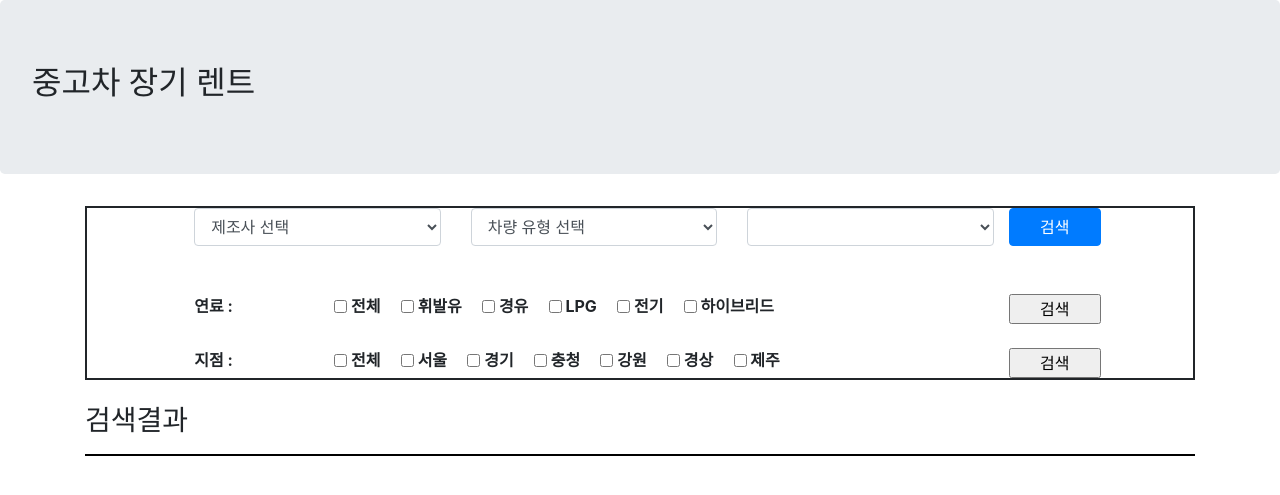
Repository: hyebinkim00/Project
Page: http://localhost/jsp/long_lent_oldcar/searchList.jsp
An editor plug-in stored every save of this project. The page is shown before and after the next save, followed by the edit.
The browser window is 1280 px wide. The pictures show the whole page.
The page is served by Tomcat 9. Other server files are loaded and not shown. Queries for data that is not in the repository find no rows.

Above is the page before, as saved 2020-09-20 14:07:24.

### jsp/WebContent/long_lent_oldcar/searchList.jsp
<%@page import="java.net.URLEncoder"%>
<%@ page language="java" contentType="text/html; charset=UTF-8"
    pageEncoding="UTF-8"%>
<%@taglib prefix="c" uri="http://java.sun.com/jsp/jstl/core" %>
<%@taglib prefix="sql" uri="http://java.sun.com/jsp/jstl/sql"  %>

<%
request.setCharacterEncoding("utf-8");
String facname1 =request.getParameter("sellist1");
String cartype1 =request.getParameter("sellist2");
String carnum1 =request.getParameter("sellist3");

String checkBoxes1[] =request.getParameterValues("example1");
String chekcBoxex2[] =request.getParameterValues("example2");
%>
<!DOCTYPE html>
<html>
<head>
<meta charset="UTF-8">
  <meta name="viewport" content="width=device-width, initial-scale=1">
  <script src="https://ajax.googleapis.com/ajax/libs/jquery/3.5.1/jquery.min.js"></script>

  <script src="https://cdnjs.cloudflare.com/ajax/libs/popper.js/1.16.0/umd/popper.min.js"></script>
  <script src="https://maxcdn.bootstrapcdn.com/bootstrap/4.5.2/js/bootstrap.min.js"></script>
  <link rel="stylesheet" href="../resources/css/bootstrap.min.css" />

<title>중고차 장기 검색</title>

<script>
function subtest(){
	if(document.getElementById("sellist2").value==null){
		alert('조건선택 안했음');
	$('#sellist2').focus();}
}</script>

<script>
$(document).ready(function(){
	$("input:checkbox[name=example1]").on("click",function(){
		let cont=$("input:checkbox[name=example1]:checked").length;
		alert(cont);
		let cont5=$("input:checkbox[name=example1]:checked").val();
		alert(cont5);
		if(cont5=='전체'){$("input:checkbox[name=example1]").not(this).prop("disabled", "disabled");
		$("input:checkbox[name=example1]").not(this).prop("checked", false);

		}else {
	            $("input[name=example1]:checkbox").prop("disabled",false);
	        }
		if(cont>2){
			$(this).prop("checked", false);
			alert("2개이상 선택 불가능 ");
		}

	});

});
</script>

<script>
$(document).ready(function(){
	$("input:checkbox[name=example2]").on("click",function(){
		let cont=$("input:checkbox[name=example2]:checked").length;
		alert(cont);
		let cont5=$("input:checkbox[name=example2]:checked").val();
		alert(cont5);
		if(cont5=='전체'){$("input:checkbox[name=example2]").not(this).prop("disabled", "disabled");
		$("input:checkbox[name=example2]").not(this).prop("checked", false);

		}else {
	            $("input[name=example2]:checkbox").prop("disabled",false);
	        }



		if(cont>2){
			$(this).prop("checked", false);
			alert("2개이상 선택 불가능 ");
		}

	});

});
</script>
</head>
<body>
<script>
function goDate1(){
	let form= document.userinput;
	document.getElementById("sellist2").value=null;
	form.submit();

}
</script>

<script>
function goDate2(){
	let form= document.userinput;
	document.getElementById("sellist3").value=null;
	form.submit();

}
</script>


<script>
function chtest1(){
	document.getElementById("sellist2").value=null;
	document.getElementById("sellist2").disabled=false;

}
</script>

<script>
function chtest2(){
	document.getElementById("sellist3").value=null;
	document.getElementById("sellist3").disabled=false;

}
</script>

 <script>
 function test1(){

 let target1=document.getElementById("sellist1");

/*  alert('선택된 옵션 text 값=' + target1.options[target1.selectedIndex].text);     // 옵션 text 값 */
 alert('선택된 옵션 value 값=' + target1.options[target1.selectedIndex].value);     // 옵션 value 값

 let target2=document.getElementById("sellist2");

/*  alert('선택된 옵션 text 값=' + target2.options[target2.selectedIndex].text);     // 옵션 text 값 */
 alert('선택된 옵션 value 값=' + target2.options[target2.selectedIndex].value);     // 옵션 value 값

 let target3=document.getElementById("sellist3");

/*  alert('선택된 옵션 text 값=' + target3.options[target3.selectedIndex].text);     // 옵션 text 값 */
 alert('선택된 옵션 value 값=' + target3.options[target3.selectedIndex].value);     // 옵션 value 값


 }

 </script>


<script>
function fchk(){
	let chk_obj = document.getElementsByName("example1");
	let chk_leng = chk_obj.length;
	let checked = 0;

	for(i=0;i<chk_leng;i++){
		if(chk_obj[i].checked==true){
			checked +=1;
			alert(chk_obj[i].value);
		}
}
if(checked==0){
	alert("선택한정보가 없습니다.");
	return;
}else{
	alert(checked+"개선택");
	return;

 }
}

</script>

<script>
function fchk1(){
	let chk_obj = document.getElementsByName("example2");
	let chk_leng = chk_obj.length;
	let checked = 0;

	for(i=0;i<chk_leng;i++){
		if(chk_obj[i].checked==true){

			checked +=1;
			alert(chk_obj[i].value);
		}

}

if(checked==0){
	alert("선택한정보가 없습니다.");
	return;
}else{
	alert(checked+"개선택");
	return;

 }
}

</script>




<div class="jumbotron">
<h2>중고차 장기 렌트</h2>
  </div>



  <div class="container">

  <div class="container" style="border:solid 2px;">

 <form method="post" action="#" name="userinput">
    <div class="row" >
     <span class="col-sm-1">&nbsp;</span>
     <div class="col-sm-3">
     <sql:setDataSource var="dataSource"
			url="jdbc:oracle:thin:@localhost:1521:XE"
			driver="oracle.jdbc.driver.OracleDriver"
			user="hr" password="hr"/>

			<sql:query var="resultSet" dataSource="${dataSource}">
			select distinct facname from member
			</sql:query>

       <select  class="form-control" id="sellist1" name="sellist1" onchange="goDate1()" >
        <option>제조사 선택 </option>
        <c:forEach var="row" items="${resultSet.rows}">
        	<option value="<c:out value="${row.facname}"/>" <c:if test="${param.sellist1==row.facname}">selected</c:if>><c:out value="${row.facname}"/></option>
        </c:forEach>
      </select>
      </div>

      <sql:query var="resultSet" dataSource="${dataSource}">
			select distinct cartype from member where facname=?
			 <sql:param value="${param.sellist1}"/>
			</sql:query>

      <div class="col-sm-3">
      <select class="form-control" id="sellist2" name="sellist2" onchange="goDate2()"  >
        <option>차량 유형 선택</option>
        <option value="all" <c:if test="${param.sellist2=='all'}">selected</c:if>>전체</option>
       <c:forEach var="row" items="${resultSet.rows}">
				<option value="<c:out value="${row.cartype}"/>" <c:if test="${param.sellist2==row.cartype}">selected</c:if>><c:out value="${row.cartype}"/></option>
				</c:forEach>
      </select>
      </div>

      <div class="col-sm-3">
    <sql:query var="resultSet" dataSource="${dataSource}">
			select distinct carnum from member where facname=? and cartype=? order by carnum
			 <sql:param value="${param.sellist1}"/>
			 <sql:param value="${param.sellist2}"/>
			</sql:query>

			  <c:if test="${param.sellist2=='all'}">
      <sql:query var="resultSet" dataSource="${dataSource}">
       select distinct carnum from member where facname=? order by carnum
      <sql:param value="${param.sellist1}"/>
      </sql:query>
      </c:if>

      <select class="form-control" id="sellist3" name="sellist3" >
        <option disabled>차량 선택</option>
       <c:forEach var="row" items="${resultSet.rows}">
				<option value="<c:out value="${row.carnum}"/>" <c:if test="${param.sellist3==row.carnum}">selected</c:if>><c:out value="${row.carnum}"/></option>
				</c:forEach>
      </select>
      </div>

 <input id="tess" type="submit" class="btn btn-primary col-sm-1" value="검색" onclick="subtest()">


    </div>


  <br><br>


     <div class="row">
     <span class="col-sm-1"> &nbsp;&nbsp;&nbsp;</span>
    <span class="col-sm-1"><strong>연료 :</strong></span>

     <div class="col-sm-8">
      <span class="col-sm-1">&nbsp;&nbsp;&nbsp;</span>
     <c:if test="${not empty paramValues.example1 }">

     <c:set var="ff" value="${paramValues.example1[0]}"/>
     <c:set var="ff1" value="${paramValues.example1[1]}"/>
      </c:if>
    <div class="form-check-inline">
       <input <c:if test="${ff=='전체' or ff1=='전체'}">checked</c:if>  type="checkbox" value="전체" name="example1"><strong>&nbsp;전체&nbsp;</strong>
    </div>
    <div class="form-check-inline">
      <input <c:if test="${ff=='휘발유' or ff1=='휘발유'}">checked</c:if>   type="checkbox" value="휘발유" name="example1"><strong>&nbsp;휘발유&nbsp;</strong>
    </div>
     <div class="form-check-inline">
      <input <c:if test="${ff=='경유' or ff1=='경유'}">checked</c:if>    type="checkbox" value="경유" name="example1"><strong>&nbsp;경유&nbsp;</strong>
    </div>
     <div class="form-check-inline">
      <input <c:if test="${ff=='LPG' or ff1=='LPG'}">checked</c:if>   type="checkbox" value="LPG" name="example1"><strong>&nbsp;LPG&nbsp;</strong>
    </div>
    <div class="form-check-inline">
      <input  <c:if test="${ff=='전기' or ff1=='전기'}">checked</c:if>    type="checkbox" value="전기" name="example1"><strong>&nbsp;전기&nbsp;</strong>
    </div>
    <div class="form-check-inline">
      <input <c:if test="${ff=='하이브리드' or ff1=='하이브리드'}">checked</c:if>   type="checkbox" value="하이브리드" name="example1"><strong>&nbsp;하이브리드&nbsp;</strong>
    </div>
    <c:remove var="ff"/>
    <c:remove var="ff1"/>
    </div>



   <input type="submit" value="검색" class= "col-sm-1">
  </div>





  <br>


     <div class="row">
     <span class="col-sm-1">&nbsp;&nbsp;&nbsp;</span>
    <span class="col-sm-1"><strong>지점 :</strong></span>

    <div class="col-sm-8">
     <span class="col-sm-1">&nbsp;&nbsp;&nbsp;</span>
       <c:if test="${not empty paramValues.example2 }">

     <c:set var="dd" value="${paramValues.example2[0]}"/>
     <c:set var="dd1" value="${paramValues.example2[1]}"/>
      </c:if>
    <div class="form-check-inline">
       <input <c:if test="${dd=='전체' or dd1=='전체'}">checked</c:if> type="checkbox" value="전체" name="example2"><strong>&nbsp;전체&nbsp;</strong>
    </div>

    <div class="form-check-inline">
      <input  <c:if test="${dd=='서울' or dd1=='서울'}">checked</c:if> type="checkbox" value="서울" name="example2"><strong>&nbsp;서울&nbsp;</strong>
    </div>

     <div class="form-check-inline">
      <input  <c:if test="${dd=='경기' or dd1=='경기'}">checked</c:if> type="checkbox" value="경기" name="example2"><strong>&nbsp;경기&nbsp;</strong>
    </div>

     <div class="form-check-inline">
      <input  <c:if test="${dd=='충청' or dd1=='충청'}">checked</c:if> type="checkbox" value="충청" name="example2"><strong>&nbsp;충청&nbsp;</strong>
    </div>

    <div class="form-check-inline">
      <input <c:if test="${dd=='강원' or dd1=='강원'}">checked</c:if> type="checkbox" value="강원" name="example2"><strong>&nbsp;강원&nbsp;</strong>
    </div>

    <div class="form-check-inline">
      <input <c:if test="${dd=='경상' or dd1=='경상'}">checked</c:if> type="checkbox" value="경상" name="example2"><strong>&nbsp;경상&nbsp;</strong>
    </div>

    <div class="form-check-inline">
      <input <c:if test="${dd=='제주' or dd1=='제주'}">checked</c:if> type="checkbox" value="제주" name="example2"><strong>&nbsp;제주&nbsp;</strong>
    </div>
     <c:remove var="dd"/>
    <c:remove var="dd1"/>
    </div>
    <input type="submit" value="검색" class="col-sm-1">
  </div>
    </form>


  </div>
</div>



<div class="container">
<br>
<h3>검색결과</h3>
<hr style="border: solid 1px black " />

<div class="row" >

<sql:setDataSource var="dataSource"
			url="jdbc:oracle:thin:@localhost:1521:XE"
			driver="oracle.jdbc.driver.OracleDriver"
			user="hr" password="hr"/>



<c:choose>
<c:when test="${param.sellist1==null or param.sellist2==null or param.sellist3==null}">
<sql:query var="resultSet" dataSource="${dataSource}">
			select * from member
			</sql:query>

<c:if test="${not empty paramValues.example1 and empty paramValues.example2}">
 	<c:set var="ff" value="${paramValues.example1[0]}"/>
    <c:set var="ff1" value="${paramValues.example1[1]}"/>
<sql:query var="resultSet" dataSource="${dataSource}">
select * from member where fuel=? or fuel=?
 <sql:param value="${ff}"/>
 <sql:param value="${ff1}"/>
</sql:query>

 <c:if test="${ff=='전체'}">
		<sql:query var="resultSet" dataSource="${dataSource}">
			select * from member
			</sql:query>
  </c:if>

</c:if>

  <c:if test="${empty paramValues.example1 and  not empty paramValues.example2 }">

 <c:set var="dd" value="${paramValues.example2[0]}"/>
     <c:set var="dd1" value="${paramValues.example2[1]}"/>
<sql:query var="resultSet" dataSource="${dataSource}">
select * from member where lentoffice=? or lentoffice=?

 <sql:param value="${dd}"/>
 <sql:param value="${dd1}"/>

</sql:query>

 <c:if test="${dd=='전체'}">
		<sql:query var="resultSet" dataSource="${dataSource}">
			select * from member
			</sql:query>
  </c:if>

</c:if>

  <c:if test="${not empty paramValues.example1 and not empty paramValues.example2}">
 <c:set var="ff" value="${paramValues.example1[0]}"/>
     <c:set var="ff1" value="${paramValues.example1[1]}"/>
      <c:set var="dd" value="${paramValues.example2[0]}"/>
     <c:set var="dd1" value="${paramValues.example2[1]}"/>

<sql:query var="resultSet" dataSource="${dataSource}">
select * from (select * from member where fuel=? or fuel=?) where lentoffice=? or lentoffice=?


 <sql:param value="${ff}"/>
 <sql:param value="${ff1}"/>
  <sql:param value="${dd}"/>
 <sql:param value="${dd1}"/>
</sql:query>


 <c:if test="${ff=='전체' and dd=='전체'}">
		<sql:query var="resultSet" dataSource="${dataSource}">
			select * from member
			</sql:query>
  </c:if>

  <c:if test="${ff=='전체' and dd!='전체'}">
		<sql:query var="resultSet" dataSource="${dataSource}">
			select * from member where lentoffice=? or lentoffice=?
			  <sql:param value="${dd}"/>
 			<sql:param value="${dd1}"/>
			</sql:query>
  </c:if>
    <c:if test="${ff!='전체' and dd=='전체'}">
		<sql:query var="resultSet" dataSource="${dataSource}">
			select * from member where fuel=? or fuel=?
			<sql:param value="${ff}"/>
 			<sql:param value="${ff1}"/>
			</sql:query>
  </c:if>


</c:if>
</c:when>

	<c:when test="${empty paramValues.example1 and not empty param.sellist3 and not empty paramValues.example2}">

	<sql:query var="resultSet" dataSource="${dataSource}">
	<c:set var="dd" value="${paramValues.example2[0]}"/>
     <c:set var="dd1" value="${paramValues.example2[1]}"/>
	select * from member where facname=? and cartype=? and carnum=? and lentoffice=? or lentoffice=?
	<sql:param value="${param.sellist1}"></sql:param>
	<sql:param value="${param.sellist2}"></sql:param>
	<sql:param value="${param.sellist3}"></sql:param>
	 <sql:param value="${dd}"/>
	  <sql:param value="${dd1}"/>
	</sql:query>


	<c:if test="${param.sellist2=='all' and dd!='전체'}">
	<sql:query var="resultSet" dataSource="${dataSource}">
	select * from member where facname=? and carnum=? and lentoffice=? or lentoffice=?
	<sql:param value="${param.sellist1}"></sql:param>
	<sql:param value="${param.sellist3}"></sql:param>
	<sql:param value="${dd}"/>
	  <sql:param value="${dd1}"/>
	</sql:query>
	</c:if>

	 <c:if test="${param.sellist2!='all' and  dd=='전체'}">
		<sql:query var="resultSet" dataSource="${dataSource}">
		select * from member where facname=? and cartype=? and carnum=?
	<sql:param value="${param.sellist1}"></sql:param>
	<sql:param value="${param.sellist2}"></sql:param>
	<sql:param value="${param.sellist3}"></sql:param>
			</sql:query>
  </c:if>

  <c:if test="${param.sellist2=='all' and dd=='전체'}">
	<sql:query var="resultSet" dataSource="${dataSource}">
	select * from member where facname=? and carnum=?
	<sql:param value="${param.sellist1}"></sql:param>
	<sql:param value="${param.sellist3}"></sql:param>

	</sql:query>
	</c:if>

</c:when>

	<c:when test="${empty paramValues.example1 and not empty param.sellist3 and empty paramValues.example2}">

	<sql:query var="resultSet" dataSource="${dataSource}">

	select * from member where facname=? and cartype=? and carnum=?
	<sql:param value="${param.sellist1}"></sql:param>
	<sql:param value="${param.sellist2}"></sql:param>
	<sql:param value="${param.sellist3}"></sql:param>

	</sql:query>


	<c:if test="${param.sellist2=='all'}">
	<sql:query var="resultSet" dataSource="${dataSource}">
	select * from member where facname=? and carnum=?
	<sql:param value="${param.sellist1}"></sql:param>
	<sql:param value="${param.sellist3}"></sql:param>
	</sql:query>
	</c:if>
</c:when>

<c:when test="${not empty paramValues.example1 and not empty param.sellist3 and  empty paramValues.example2}">

	<sql:query var="resultSet" dataSource="${dataSource}">
	<c:set var="ff" value="${paramValues.example1[0]}"/>
     <c:set var="ff1" value="${paramValues.example1[1]}"/>
	select * from member where facname=? and cartype=? and carnum=? and fuel=? or fuel=?
	<sql:param value="${param.sellist1}"></sql:param>
	<sql:param value="${param.sellist2}"></sql:param>
	<sql:param value="${param.sellist3}"></sql:param>
	 <sql:param value="${ff}"/>
	  <sql:param value="${ff1}"/>
	</sql:query>


	<c:if test="${param.sellist2=='all' and ff!='전체'}">
	<sql:query var="resultSet" dataSource="${dataSource}">
	select * from member where facname=? and carnum=? and fuel=? or fuel=?
	<sql:param value="${param.sellist1}"></sql:param>
	<sql:param value="${param.sellist3}"></sql:param>
	<sql:param value="${ff}"/>
	  <sql:param value="${ff1}"/>
	</sql:query>
	</c:if>

	 <c:if test="${param.sellist2!='all' and  ff=='전체'}">
		<sql:query var="resultSet" dataSource="${dataSource}">
		select * from member where facname=? and cartype=? and carnum=?
	<sql:param value="${param.sellist1}"></sql:param>
	<sql:param value="${param.sellist2}"></sql:param>
	<sql:param value="${param.sellist3}"></sql:param>
			</sql:query>
  </c:if>

  <c:if test="${param.sellist2=='all' and ff=='전체'}">
	<sql:query var="resultSet" dataSource="${dataSource}">
	select * from member where facname=? and carnum=?
	<sql:param value="${param.sellist1}"></sql:param>
	<sql:param value="${param.sellist3}"></sql:param>

	</sql:query>
	</c:if>

</c:when>


<c:when test="${not empty paramValues.example1 and not empty param.sellist3 and not empty paramValues.example2 and param.sellist2 !='all'}">
	<c:set var="ff" value="${paramValues.example1[0]}"/>
     <c:set var="ff1" value="${paramValues.example1[1]}"/>
      <c:set var="dd" value="${paramValues.example2[0]}"/>
     <c:set var="dd1" value="${paramValues.example2[1]}"/>

<sql:query var="resultSet" dataSource="${dataSource}">
select * from (select * from member where facname=? and cartype=? and carnum=?)
where fuel=? or fuel=? and  lentoffice=? or lentoffice=?

<sql:param value="${param.sellist1}"></sql:param>
<sql:param value="${param.sellist2}"></sql:param>
<sql:param value="${param.sellist3}"></sql:param>
 <sql:param value="${ff}"/>
 <sql:param value="${ff1}"/>
  <sql:param value="${dd}"/>
 <sql:param value="${dd1}"/>
</sql:query>

 <c:if test="${ff=='전체' and dd=='전체'}">
		<sql:query var="resultSet" dataSource="${dataSource}">
	select * from member where facname=? and cartype=? and carnum=?
	<sql:param value="${param.sellist1}"></sql:param>
	<sql:param value="${param.sellist2}"></sql:param>
	<sql:param value="${param.sellist3}"></sql:param>
			</sql:query>
  </c:if>

  <c:if test="${ff=='전체' and dd!='전체'}">
		<sql:query var="resultSet" dataSource="${dataSource}">
			select * from (select * from member where facname=? and cartype=? and carnum=?) where  lentoffice=? or lentoffice=?

			<sql:param value="${param.sellist1}"></sql:param>
			<sql:param value="${param.sellist2}"></sql:param>
			<sql:param value="${param.sellist3}"></sql:param>
			<sql:param value="${dd}"/>
 			<sql:param value="${dd1}"/>
			</sql:query>
  </c:if>
    <c:if test="${ff!='전체' and dd=='전체'}">
		<sql:query var="resultSet" dataSource="${dataSource}">
			select * from (select * from member where facname=? and cartype=? and carnum=?) where fuel=? or fuel=?

			<sql:param value="${param.sellist1}"></sql:param>
			<sql:param value="${param.sellist2}"></sql:param>
			<sql:param value="${param.sellist3}"></sql:param>
			<sql:param value="${ff}"/>
 			<sql:param value="${ff1}"/>
			</sql:query>
  </c:if>


</c:when>

<c:when test="${not empty paramValues.example1 and not empty param.sellist3 and not empty paramValues.example2 and param.sellist2 =='all'}">
	<c:set var="ff" value="${paramValues.example1[0]}"/>
     <c:set var="ff1" value="${paramValues.example1[1]}"/>
      <c:set var="dd" value="${paramValues.example2[0]}"/>
     <c:set var="dd1" value="${paramValues.example2[1]}"/>

<sql:query var="resultSet" dataSource="${dataSource}">
select * from (select * from member where facname=?  and carnum=?)
where fuel=? or fuel=? and  lentoffice=? or lentoffice=?

<sql:param value="${param.sellist1}"></sql:param>
<sql:param value="${param.sellist3}"></sql:param>
 <sql:param value="${ff}"/>
 <sql:param value="${ff1}"/>
  <sql:param value="${dd}"/>
 <sql:param value="${dd1}"/>
</sql:query>

 <c:if test="${ff=='전체' and dd=='전체'}">
		<sql:query var="resultSet" dataSource="${dataSource}">
	select * from member where facname=?  and carnum=?
	<sql:param value="${param.sellist1}"></sql:param>
	<sql:param value="${param.sellist3}"></sql:param>
			</sql:query>
  </c:if>

  <c:if test="${ff=='전체' and dd!='전체'}">
		<sql:query var="resultSet" dataSource="${dataSource}">
			select * from (select * from member where facname=? and carnum=?) where  lentoffice=? or lentoffice=?

			<sql:param value="${param.sellist1}"></sql:param>
			<sql:param value="${param.sellist3}"></sql:param>
			<sql:param value="${dd}"/>
 			<sql:param value="${dd1}"/>
			</sql:query>
  </c:if>
    <c:if test="${ff!='전체' and dd=='전체'}">
		<sql:query var="resultSet" dataSource="${dataSource}">
			select * from (select * from member where facname=? and carnum=?) where fuel=? or fuel=?

			<sql:param value="${param.sellist1}"></sql:param>
			<sql:param value="${param.sellist3}"></sql:param>
			<sql:param value="${ff}"/>
 			<sql:param value="${ff1}"/>
			</sql:query>
  </c:if>


</c:when>







<c:otherwise>선택 항목 없음</c:otherwise>

</c:choose>
</div>

<div class="container row">
		<c:forEach var="row" items="${resultSet.rows}">

		<c:url value="carLent.jsp" var="url"> <c:param name="carname" value="${row.id}" /></c:url>
  <div onclick="location.href='${url}'" class="card col-sm-6 " >
    <div class="row">
   <img class="card-img-top col-sm-7" src="../resources/images/${row.carname}.jpg" alt="Card image" width="150" height="150">
    <span class="col-sm-5"><br><br><br><strong> [<c:out value="${row.facname}"/>]<c:out value="${row.carname}"/></strong></span>
    </div>
    <div class="card-body">
    <div class="row">
    <div class="col-sm-6">
      <button type="button" class="btn btn-outline-dark " disabled>소비자가</button>
      <strong><c:out value="${row.carPrice }"></c:out></strong></div>
      <div class="col-sm-6">
      <button type="button" class="btn btn-outline-danger" >월 렌탈료</button>
      <strong style="color:red"><c:out value="${row.monthPrice }"></c:out>원~</strong></div>
     </div>
      <hr style="border:1px solid"></hr>
      <div class="row">
      <ul class="col-sm-6">
      <li>차량번호 <span>${row.id}</span></li>
      <li>차량유형 <span>${row.cartype}</span></li>

      </ul>
      <ul class="col-sm-6">
      <li>연료 <span>${row.fuel}</span></li>
      <li>지점 <span>${row.lentoffice }</span></li>
      </ul>
     </div>

    </div>
  </div>
</c:forEach>
 </div>
    <c:remove var="ff"/>
    <c:remove var="ff1"/>

    <c:remove var="dd"/>
    <c:remove var="dd1"/>


  </div>







</body>
</html>

Loaded but not shown: jsp/WebContent/resources/css/bootstrap.min.css (library)

After the next save:
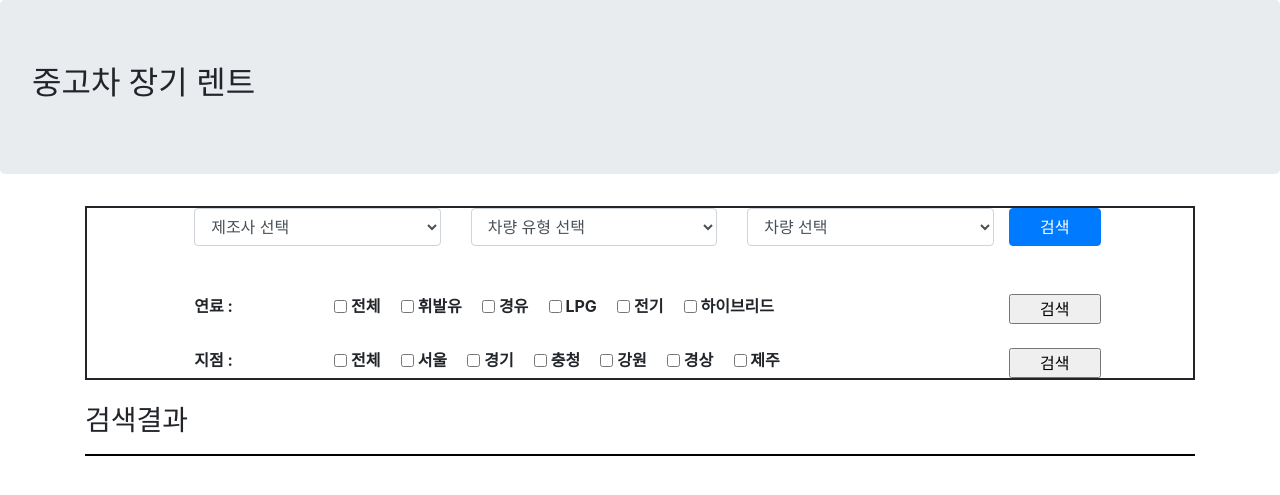
Saved 45 min 24 s later.
--- a/jsp/WebContent/long_lent_oldcar/searchList.jsp
+++ b/jsp/WebContent/long_lent_oldcar/searchList.jsp
@@ -257,7 +257,7 @@ if(checked==0){
       </c:if>
 
       <select class="form-control" id="sellist3" name="sellist3" >
-        <option disabled>차량 선택</option>
+        <option readonly>차량 선택</option>
        <c:forEach var="row" items="${resultSet.rows}">
 				<option value="<c:out value="${row.carnum}"/>" <c:if test="${param.sellist3==row.carnum}">selected</c:if>><c:out value="${row.carnum}"/></option>
 				</c:forEach>
